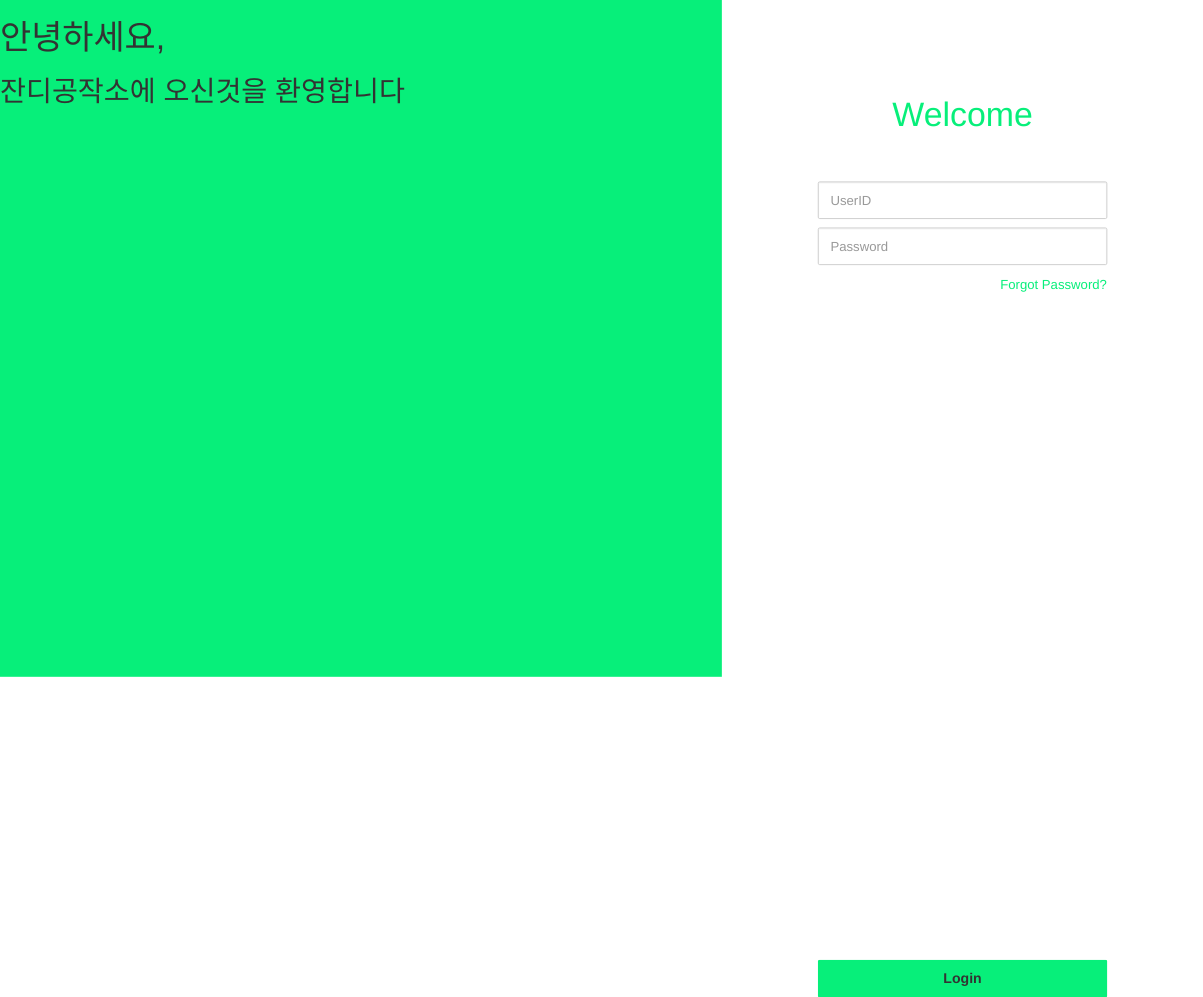
Repository: guddus326/Grass_Farm
Page: http://localhost/Grass_Farm/Index.jsp
An editor plug-in stored every save of this project. The page is shown before and after the next save, followed by the edit.
The browser window is 1280 px wide. The pictures show the whole page, at 94% of full size.
The page is served by Tomcat 9. Other server files are loaded and not shown.

Above is the page before, as saved 2021-03-17 10:30:11.

### Grass_Farm/Grass_Farm/WebContent/Index.jsp
<%@ page language="java" contentType="text/html; charset=UTF-8" pageEncoding="UTF-8"%>

<!DOCTYPE html>
<html>
<head>
<meta charset="UTF-8">
<meta http-equiv="Content-Type" content="text/html";charset-UTF-8">
<link rel="stylesheet" href="css/bootstrap.min.css">
<title>잔디공작소</title>
<style>

        .login-form {
    		width: 60%;
    		margin: 10% auto;
    		text-align:center;
		}

		.login-btn {
    		font-size: 15px;
    		font-weight: bold;
  			min-height: 40px;
  			border-radius: 2px;
  			background-color:#07ef7a;
  			margin-top:3%;
		}

		.form-control{
			width:100%;
			height:40px;
			margin-bottom:3%;
			border-radius: 2px;
		}

 		div {
        	width: 100%;
        	height: 100vh;
        }
    	div.left {
        	width: 60%;
        	float: left;
        	background: #07ef7a;
    	}
    	div.right {
        	width: 40%;
        	float: right;
        	background: #ffffff;
    	}
    	h1.welcome{
    		text-align: center;
    		margin-top: 20%;
    		color:#07ef7a
    	}
    	.fp{
    		text-align:right;
    	}
     	body {
     		overflow:hidden
     	}

    </style>
</head>

<body>
    <div>
        <div class="left">
        	<h1 class="hello">안녕하세요,</h1>
        	<h2 class=>잔디공작소에 오신것을 환영합니다</h2>
        </div>

        <div class="right">
        	<h1 class="welcome">Welcome</h1>
        	<div class="login-form">
    			<form action="LoginAction.jsp" method="post">
  					<input type="text" onfocus="" class="form-control" name="userID" placeholder="UserID" required="required">
  					<input type="password" class="form-control" name="userPass" placeholder="Password" required="required">
            		<div class="fp"><a href="#" style="color:#07ef7a">Forgot Password?</a></div>
            		<button type="submit" class="btn login-btn btn-block">Login</button>
    			</form>
			</div>
        </div>
    </div>
</body>



</body>
</html>

Loaded but not shown: Grass_Farm/Grass_Farm/WebContent/css/bootstrap.min.css (library)

After the next save:
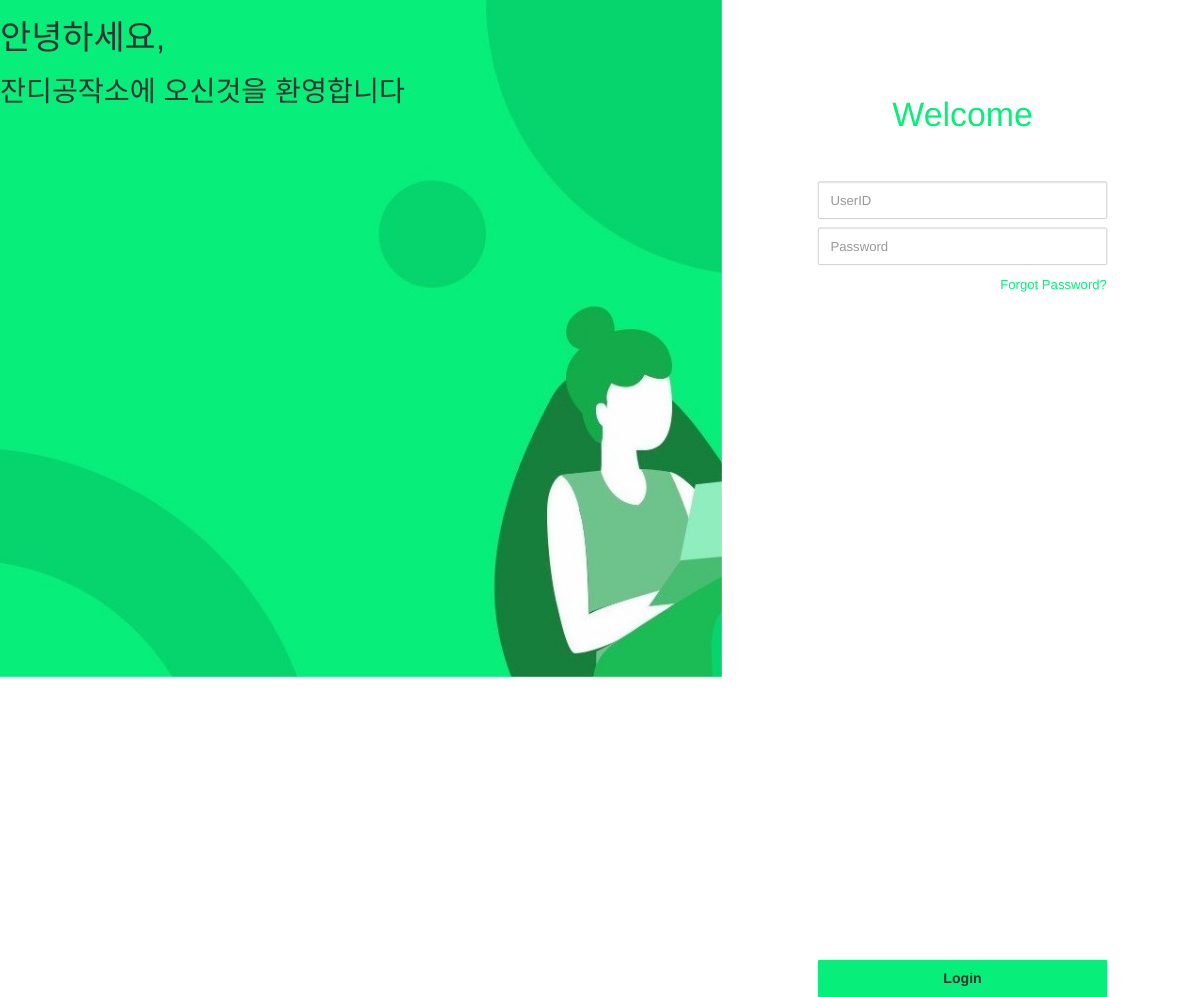
Saved 2 min 46 s later.
--- a/Grass_Farm/Grass_Farm/WebContent/Index.jsp
+++ b/Grass_Farm/Grass_Farm/WebContent/Index.jsp
@@ -38,7 +38,7 @@
     	div.left {
         	width: 60%;
         	float: left;
-        	background: #07ef7a;
+        	background-image:url(image/index.jpg);
     	}
     	div.right {
         	width: 40%;
